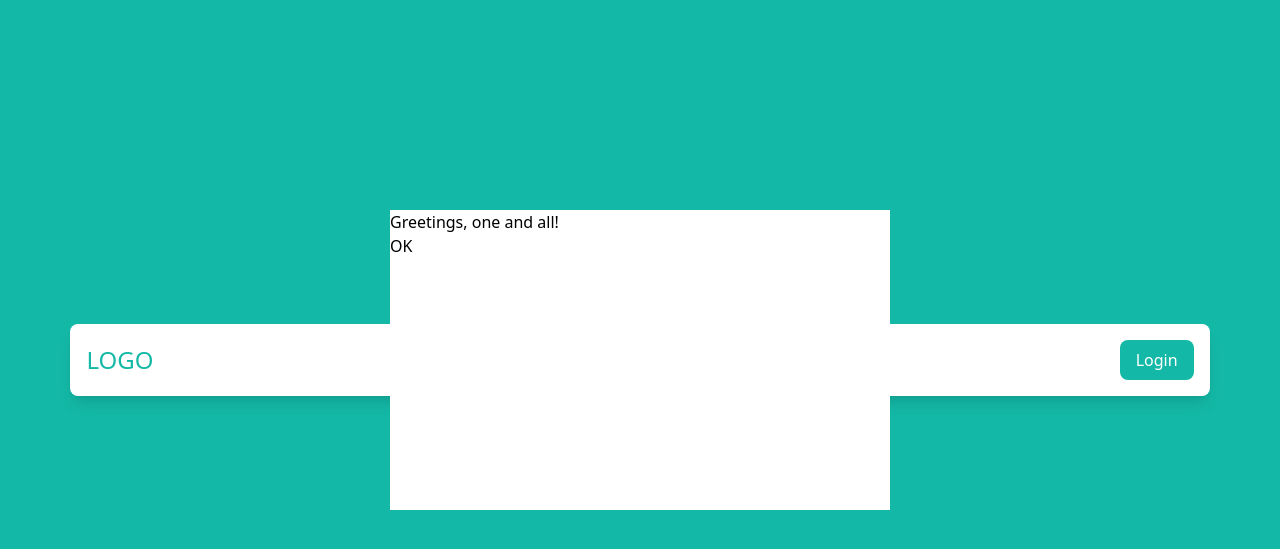
Repository: DevAntonioRogers/react-modal-with-dialog
Page: /
These files come from the project's save history. The page is drawn as it stood at one moment and after the next save; the edit follows.
The browser window is 1280 px wide. The pictures show the whole page.
The project was rebuilt for these pictures with package versions that can differ from the ones it lists, and the page was loaded fresh each time. Also part of the build but not shown: vite.config.ts.

Above is the page before, as saved 2023-05-10 13:05:43.

After the next save:
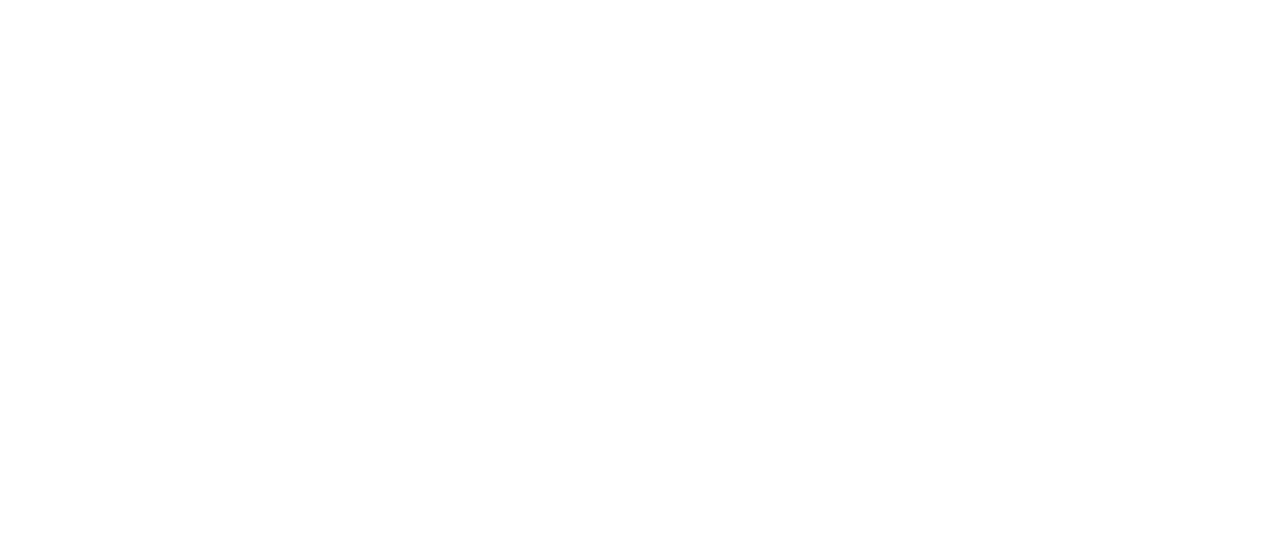
Console error: ReferenceError: closeModalHandler is not defined
Saved 85 s later.
--- a/src/App.tsx
+++ b/src/App.tsx
@@ -3,12 +3,6 @@
 function App() {
   const ref = useRef(null);
   const modal = ref.current;
-
-  const closeModalHandler = (e) => {
-    if (e.target !== modal) {
-      modal.close();
-    }
-  };
 
   return (
     <>

After the save that followed:
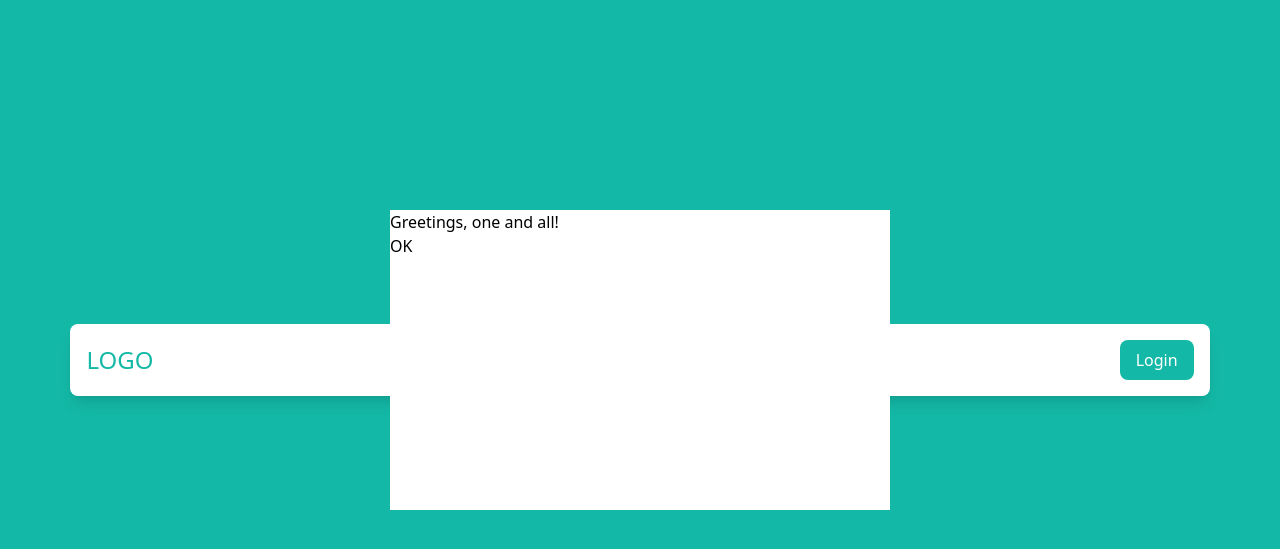
The error is gone.
Saved 12 s later.
--- a/src/App.tsx
+++ b/src/App.tsx
@@ -37,7 +37,7 @@
             Login
           </button>
         </nav>
-        <dialog onClick={closeModalHandler} ref={ref} open className="w-[500px] h-[300px]">
+        <dialog ref={ref} open className="w-[500px] h-[300px]">
           <p>Greetings, one and all!</p>
           <form method="dialog">
             <button>OK</button>
